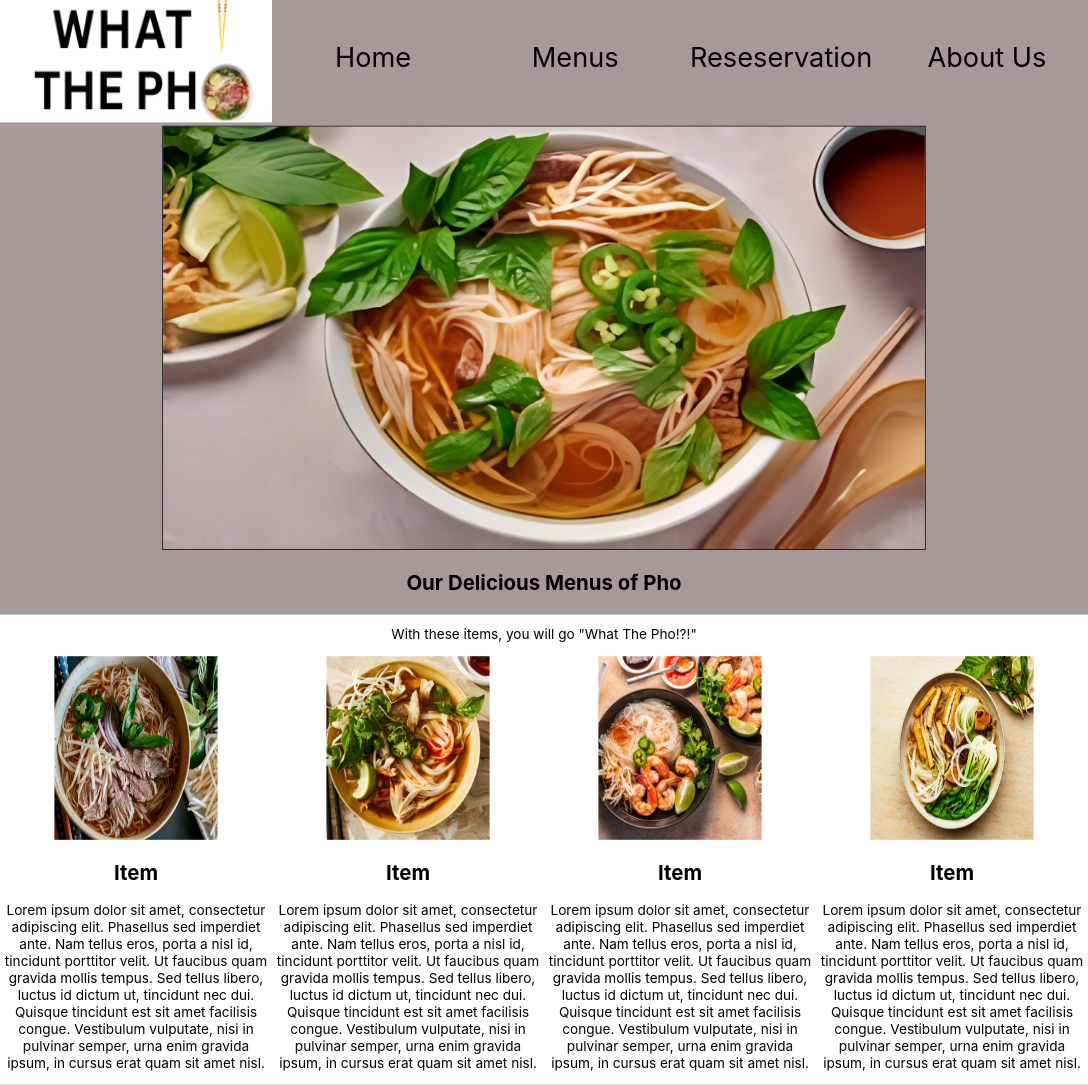
Repository: NguyenkhDang/Restaurant-Website
Page: /
An editor plug-in stored every save of this project. The page is shown before and after the next save, followed by the edit.
The browser window is 1280 px wide. The pictures show the whole page, at 85% of full size.
The project was rebuilt for these pictures with package versions that can differ from the ones it lists, and the page was loaded fresh each time.

Above is the page before, as saved 2026-01-15 22:18:33.

After the next save:
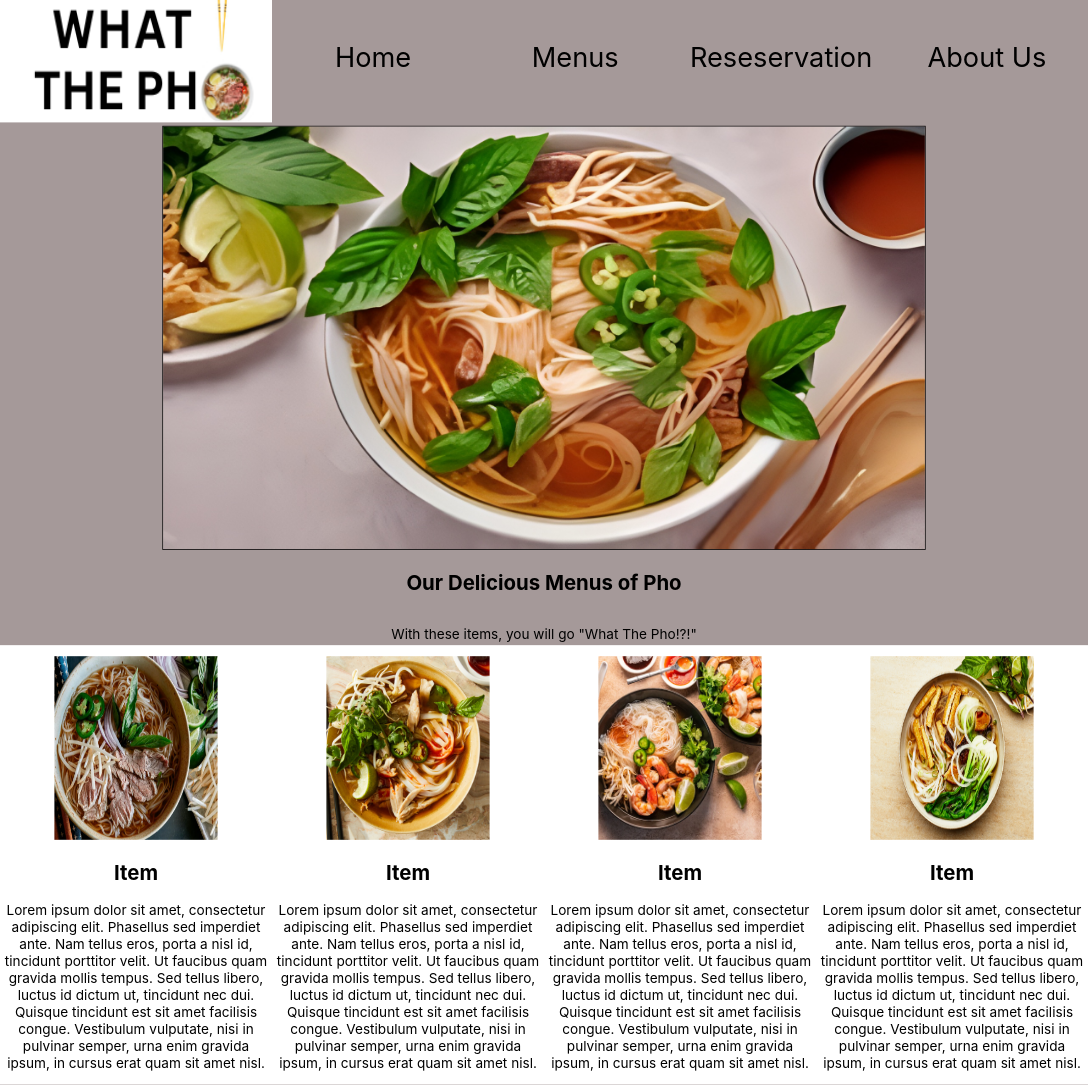
Saved 9 s later.
--- a/src/App.css
+++ b/src/App.css
@@ -6,7 +6,7 @@
 .menu{
   display: grid;
   grid-template-rows: 1fr 1fr 1fr;
-  height: 10vh;
+  height: 15vh;
 }
 
 .foodContainer{
